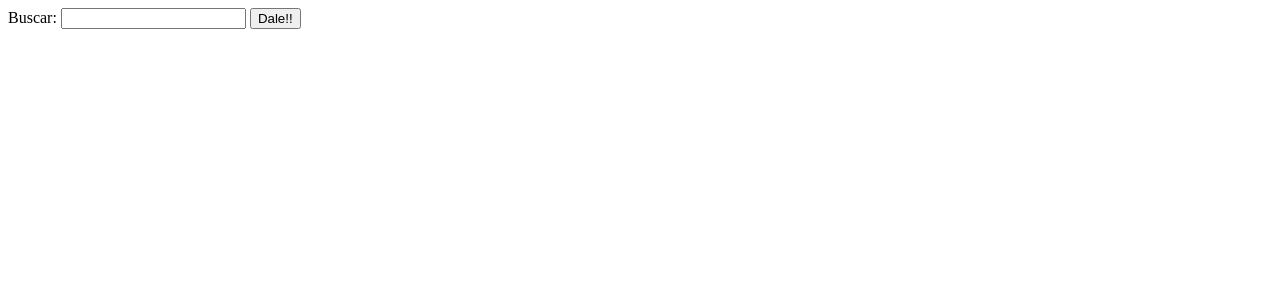
Repository: dasafo/PHP_MySQL_curso
Page: http://localhost/FormularioBusquedaPDO_34_I.php
These files come from the project's save history. The page is drawn as it stood at one moment and after the next save; the edit follows.
The browser window is 1280 px wide. The pictures show the whole page.
The page is run by PHP 8.4 with error messages shown; the project is at /var/www/html/.

Above is the page before, as saved 2018-11-09 08:43:08.

After the next save:
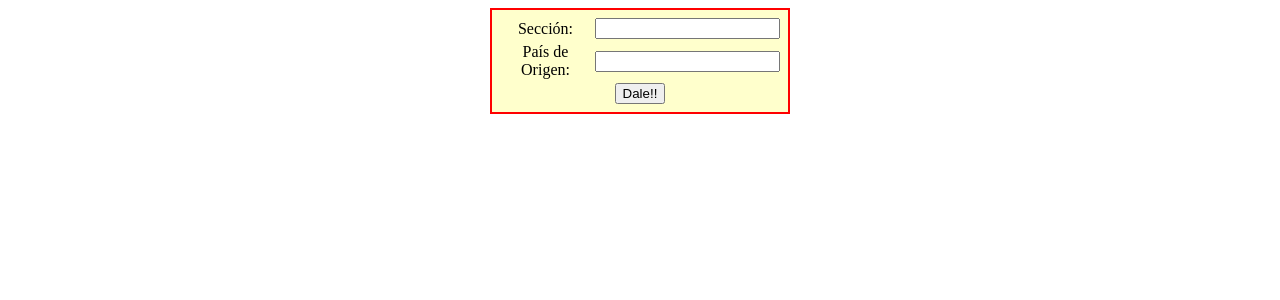
Saved 6 min 59 s later.
--- a/PDO/FormularioBusquedaPDO_34_I.php
+++ b/PDO/FormularioBusquedaPDO_34_I.php
@@ -3,15 +3,40 @@
 <head>
 <meta http-equiv="Content-Type" content="text/html; charset=UTF-8">
 <title>Insert title here</title>
+
+<style>
+
+    table{
+
+        width:300px;
+        margin:auto;
+        background-color:#FFC;
+        border:2px solid #F00;
+        padding:5px;
+
+        }
+
+     td{
+
+        text-align:center;
+
+
+
+</style>
+
+
 </head>
     <body>
 
      <form action="PaginaBusquedaPDO_34_II.php" method="get">
 
-     <label>Buscar: <input type="text" name="buscar"> </label>
+     <table>
+     	<tr><td>Sección: </td><td><input type="text" name="seccion"></td></tr>
+     	<tr><td>País de Origen: </td><td><input type="text" name="p_orig"> </td></tr>
 
-     <input type="submit" name="enviando" value="Dale!!">
+    	<tr><td colspan="2"> <input type="submit" name="enviando" value="Dale!!"></td></tr>
 
+     </table>
      </form>
 
     </body>
